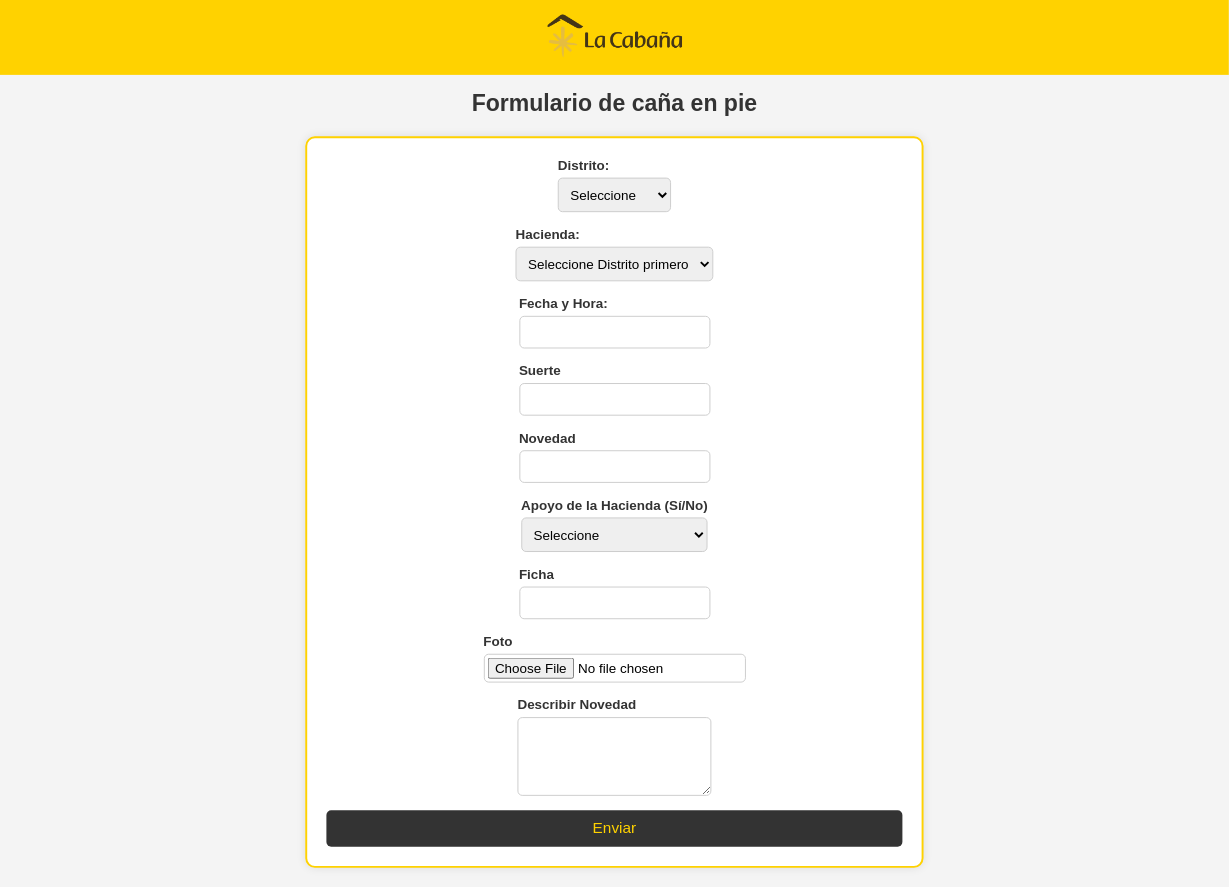
Repository: tayuanlogua/prototipo-de-control-de-accesos
Page: Patrullas/src/cañaenpie.html
These files come from the project's save history. The page is drawn as it stood at one moment and after the next save; the edit follows.
The browser window is 1280 px wide. The pictures show the whole page, at 96% of full size.

Above is the page before, as saved 2024-08-29 11:38:46.
Console error: TypeError: Cannot read properties of null (reading 'addEventListener')

### Patrullas/src/cañaenpie.html
<!DOCTYPE html>
<html lang="es">
  <head>
    <meta charset="UTF-8" />
    <meta name="viewport" content="width=device-width, initial-scale=1.0" />
    <title>Formulario de caña en pie</title>
    <link rel="stylesheet" href="styles.css" />
  </head>
  <body>
    <header class="header">
      <img src="imagenes/LOGO.png" alt="Logo" class="logo" />
    </header>
    <div class="login-container">
      <h1>Formulario de caña en pie</h1>
      <form id="motobombas-form" enctype="multipart/form-data">
        <div class="form-group">
          <label for="distrito">Distrito:</label>
          <select id="distrito" name="distrito" required>
            <option value="">Seleccione</option>
            <option value="1">Distrito 1</option>
            <option value="2">Distrito 2</option>
            <option value="3">Distrito 3</option>
            <option value="4">Distrito 4</option>
            <option value="5">Distrito 5</option>
            <option value="proveedores">Proveedores</option>
          </select>
        </div>

        <div class="form-group">
          <label for="hacienda">Hacienda:</label>
          <select id="hacienda" name="hacienda" required>
            <option value="">Seleccione Distrito primero</option>
          </select>
        </div>

        <div class="form-group">
          <label for="date-time">Fecha y Hora:</label>
          <input type="text" id="date-time" name="date-time" readonly />
        </div>

        <div class="form-group">
          <label for="suerte">Suerte</label>
          <input type="text" id="suerte" name="suerte" required />
        </div>

        <div class="form-group">
          <label for="novelty">Novedad</label>
          <input type="text" id="novelty" name="novelty" required />
        </div>

        <div class="form-group">
          <label for="support">Apoyo de la Hacienda (Sí/No)</label>
          <select id="support" name="support" required>
            <option value="">Seleccione</option>
            <option value="yes">Sí</option>
            <option value="no">No</option>
          </select>
        </div>

        <div class="form-group" id="support-details" style="display: none">
          <label for="support-name">Nombre del Apoyo</label>
          <input type="text" id="support-name" name="support-name" />
        </div>

        <div class="form-group">
          <label for="file">Ficha</label>
          <input type="text" id="file" name="file" />
        </div>

        <div class="form-group">
          <label for="photo">Foto</label>
          <input type="file" id="photo" name="photo" accept="image/*" />
        </div>

        <div class="form-group">
          <label for="novelty-description">Describir Novedad</label>
          <textarea
            id="novelty-description"
            name="novelty-description"
            rows="4"
            required
          ></textarea>
        </div>

        <button type="submit">Enviar</button>
      </form>
    </div>
    <script src="cañaenpie.js"></script>
  </body>
</html>

### Patrullas/src/styles.css
/* Estilos generales para el body */
body {
  font-family: Arial, sans-serif;
  background-color: #f4f4f4;
  margin: 0;
  padding: 0;
}

/* Estilo para el logo en el header */
.header {
  background-color: #ffd200; /* Fondo amarillo para el logo */
  padding: 10px 0;
  text-align: center;
}

.logo {
  width: 150px;
  height: auto;
}

/* Estilos para el contenedor del formulario */
.form-container,
#subsuelo-form,
#burnt-cane-form,
#motobombas-form,
#madurante-form,
#servicio-de-escolta-form {
  background-color: #ffffff;
  max-width: 600px; /* Ajustado al tamaño del formulario */
  margin: 20px auto;
  padding: 20px;
  border-radius: 10px;
  box-shadow: 0 0 10px rgba(0, 0, 0, 0.1);
  display: flex;
  flex-direction: column;
  align-items: center;
  border: 2px solid #ffd200; /* Borde amarillo */
}

/* Estilo para el título del formulario */
h1 {
  text-align: center;
  color: #333;
  font-size: 24px;
  margin-bottom: 20px;
}

/* Estilos para los formularios */
form {
  display: flex;
  flex-direction: column;
  gap: 15px;
  width: 100%;
}

.form-group {
  display: flex;
  flex-direction: column;
  gap: 5px;
}

.form-group label {
  font-size: 14px;
  color: #333;
  text-align: left;
  font-weight: bold;
}

.form-group input[type="text"],
.form-group input[type="number"],
.form-group input[type="time"],
.form-group input[type="date"],
.form-group select,
.form-group input[type="file"],
.form-group textarea {
  width: 100%;
  padding: 8px;
  border: 1px solid #ccc;
  border-radius: 5px;
  box-sizing: border-box;
  font-size: 14px;
}

.form-group input[type="file"] {
  padding: 3px; /* Ajuste para que se vea mejor */
}

.form-group textarea {
  resize: vertical;
}

.form-group select {
  padding: 8px;
}

/* Estilo para el grupo de radio buttons */
.radio-group {
  display: flex;
  justify-content: space-between;
  max-width: 200px;
}

.radio-group label {
  display: flex;
  align-items: center;
  gap: 5px;
  font-size: 14px;
  color: #333;
}

input[type="radio"] {
  margin-left: 10px;
}

/* Estilo para el botón de envío */
button[type="submit"] {
  display: block;
  width: 100%;
  padding: 10px;
  background-color: #333;
  color: #ffd200; /* Color amarillo para el botón de envío */
  border: none;
  border-radius: 5px;
  font-size: 16px;
  cursor: pointer;
  transition: background-color 0.3s ease;
}

/* Estilos para el hover en botones */
button[type="submit"]:hover {
  background-color: #555;
}

/* Estilo para los enlaces de actividades */
.activities-form {
  display: flex;
  flex-direction: column;
  gap: 10px;
  width: 100%;
}

.activities-form a {
  text-decoration: none;
  color: #ffd200; /* Color amarillo para los enlaces */
  font-size: 18px;
  padding: 10px;
  border-radius: 5px;
  background-color: #ffffff;
  border: 1px solid #ccc;
  transition: background-color 0.3s, color 0.3s;
}

.activities-form a:hover {
  background-color: #ffd200; /* Color amarillo para el hover */
  color: #ffffff;
}

/* Responsive design para dispositivos móviles */
@media (max-width: 480px) {
  .form-container,
  #subsuelo-form,
  #burnt-cane-form,
  #motobombas-form,
  #madurante-form,
  #servicio-de-escolta-form {
    width: 95%;
    padding: 15px;
  }

  h1 {
    font-size: 20px;
  }

  form input[type="text"],
  form input[type="number"],
  form input[type="time"],
  form input[type="date"],
  form select,
  form input[type="file"],
  form textarea,
  button[type="submit"],
  .activities-form a {
    font-size: 14px;
  }
}

### Patrullas/src/cañaenpie.js
document.addEventListener("DOMContentLoaded", () => {
  const form = document.getElementById("burnt-cane-form");
  const distritoSelect = document.getElementById("distrito");
  const haciendaSelect = document.getElementById("hacienda");
  const supportSelect = document.getElementById("support");
  const supportDetails = document.getElementById("support-details");

  const haciendas = {
    1: [
      "Rio Frayle",
      "La Industria",
      "Salsipuedes",
      "Pergola II",
      "Pergola III",
      "ACUARIO",
      "PERGOLA I",
      "Vallecito",
      "Papayal",
      "La Linda",
      "El Rincon",
      "Papayalito",
      "El Tablon Bajo",
      "Cantarohondo",
      "El Tablon Alto",
      "El Baranco",
      "Santa Barbara Participacion",
      "La Michela",
    ],
    2: [
      "Orocue",
      "Palace",
      "San Isidro",
      "Rancho Grande",
      "Romano Barney",
      "Taula Mejia",
      "Vanegas",
      "Holandita Adecañas",
      "Canada Adecañas",
      "Canada",
      "Canada Agrocañas",
      "Canada Esmeralda",
      "Hato",
      "Arado",
      "Yarumales",
      "Mendiola La Paila",
      "Benitez",
      "Hato San Carlos",
      "Mundo Cabaña",
      "La Munda Esmeralda",
      "Canada Cabaña",
      "Hato Agrocañas",
      "Hato Cavi",
    ],
    3: [
      "Cabaña",
      "Caldas",
      "Pilamo",
      "Taula Chiman",
      "Normandia",
      "Santa Helena",
      "Cabaña II",
      "Muchilanga Naranjito",
      "Caldas Agroindustrias",
      "Normandia Agroindustrias",
      "Taula Chiman Agroindistria",
      "Humberto Lopez Cabaña",
      "Arado Adecañas",
      "Toribio Rivas Esmeralda",
      "Cabaña Rabinovich",
      "Naranjo Agrocañas",
      "Naranjo",
      "Muchilanga",
      "Taula Ana",
      "Naranjo Esmeralda",
      "Gobierno Negro",
      "Granada",
      "Cabaña Agrocañas",
      "Naranjo Cabaña",
      "Muchilanga Cabaña",
      "Vegas Cabaña",
      "Alvaro Naranjo Poveda Arrey",
      "El Rebaño",
      "Dulce Jugada Participacion",
    ],
    4: [
      "Cuprecia",
      "Laguna",
      "La Gitana",
      "Vista Hermosa",
      "Nanaluisa",
      "Lote Toro",
      "La Stellia",
      "La Real",
      "El Recuerdo",
      "Tonoli",
      "Laguna Arrendo",
      "Florencia",
      "Casa Grande",
      "Santa Ines",
      "La Loma",
      "Corcovao Adecañas",
      "Veracruz Adecañas",
      "Sarria",
      "Nilo Toro",
      "Janeiro Esmeralda",
      "Hermanas Florez",
      "Las Cañas",
      "Ana Maria Bonilla",
      "El Cairo",
      "Tablanca",
      "Holanda",
      "La Camelia",
      "Sucursal",
      "El Socorro Cabaña",
      "Monaco",
      "La Alsacia",
      "Ventura Olgin",
    ],
    5: [
      "Casablanca",
      "Bocas de Palo",
      "Perico Negro",
      "El Lago",
      "Victoria",
      "Curazao",
      "Coburgo Cantarito",
      "Bohemia",
      "Curazao Escobar",
      "Ceibal Nereida Sepulveda Roja",
      "Curazao Agroindustrias",
      "Curazao Velez",
      "La Moraleja",
      "Curazao Esmeralda",
      "Lago Rabinovich",
      "Quintero",
      "Sofia",
      "Sarria",
      "Victoria Esmeralda",
      "Avenida",
      "Sarria Agrocañas",
      "La Moraleja Accion Fiduciaria",
      "Campo Alegre Argos Arrendo",
      "Moraleja Arango",
      "Cachipay",
      "Moraleja PYS Proyectos Soll",
    ],
  };

  // Función para actualizar el select de haciendas basado en el distrito seleccionado
  const updateHaciendas = () => {
    const selectedDistrito = distritoSelect.value;
    const haciendasList = haciendas[selectedDistrito] || [];

    haciendaSelect.innerHTML = '<option value="">Seleccione Hacienda</option>'; // Reset options
    haciendasList.forEach((hacienda) => {
      const option = document.createElement("option");
      option.value = hacienda;
      option.textContent = hacienda;
      haciendaSelect.appendChild(option);
    });
  };

  // Maneja el cambio en el select de distrito
  distritoSelect.addEventListener("change", updateHaciendas);

  // Maneja el cambio en el select de apoyo
  supportSelect.addEventListener("change", () => {
    if (supportSelect.value === "yes") {
      supportDetails.style.display = "block";
    } else {
      supportDetails.style.display = "none";
    }
  });

  // Maneja el envío del formulario
  form.addEventListener("submit", (event) => {
    event.preventDefault(); // Previene el envío del formulario

    // Obtiene los valores de los campos del formulario
    const dateTime = document.getElementById("date-time").value;
    const hacienda = document.getElementById("hacienda").value;
    const suerte = document.getElementById("suerte").value;
    const novelty = document.getElementById("novelty").value;
    const support = document.getElementById("support").value;
    const supportName = document.getElementById("support-name")
      ? document.getElementById("support-name").value
      : "";
    const file = document.getElementById("file").value;
    const photo = document.getElementById("photo").files[0]; // Obtiene el archivo de la foto
    const noveltyDescription = document.getElementById(
      "novelty-description"
    ).value;

    // Muestra los valores en la consola (puedes cambiar esto para enviar a un servidor o hacer otras acciones)
    console.log("Fecha y Hora:", dateTime);
    console.log("Hacienda:", hacienda);
    console.log("Suerte:", suerte);
    console.log("Novedad:", novelty);
    console.log("Apoyo:", support);
    console.log("Nombre del Apoyo:", supportName);
    console.log("Ficha:", file);
    console.log("Foto:", photo ? photo.name : "No seleccionada");
    console.log("Descripción de Novedad:", noveltyDescription);

    // Puedes añadir más lógica para procesar el formulario aquí

    // Resetea el formulario después de enviar
    form.reset();
    supportDetails.style.display = "none"; // Oculta el detalle del apoyo al resetear
  });
});

After the next save:
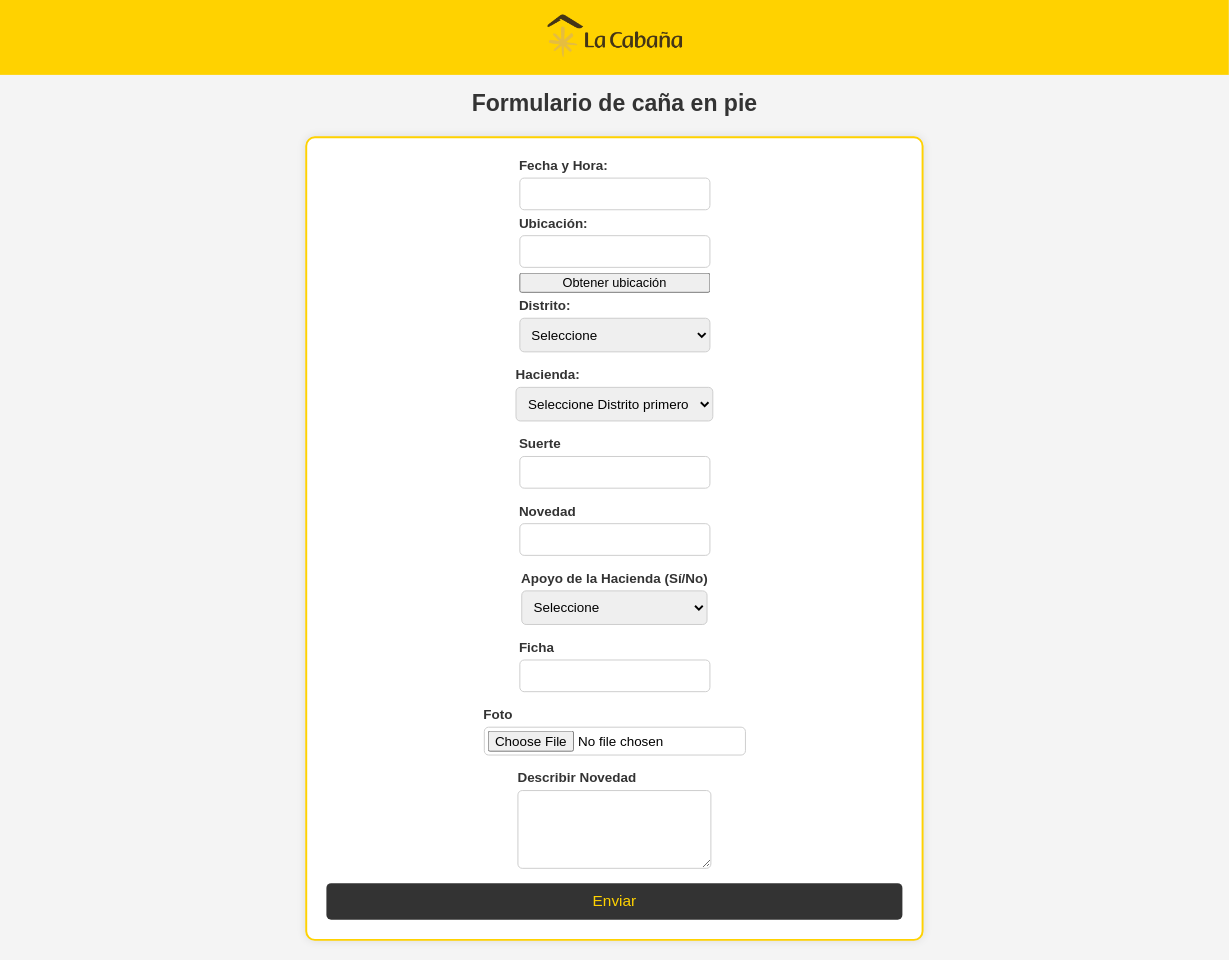
Saved 65 min 8 s later.
--- a/Patrullas/src/cañaenpie.html
+++ b/Patrullas/src/cañaenpie.html
@@ -14,6 +14,16 @@
       <h1>Formulario de caña en pie</h1>
       <form id="motobombas-form" enctype="multipart/form-data">
         <div class="form-group">
+          <div class="form-group">
+            <label for="date-time">Fecha y Hora:</label>
+            <input type="text" id="date-time" name="date-time" readonly />
+          </div>
+          <div class="form-group">
+            <label for="location">Ubicación:</label>
+            <input type="text" id="location" name="location" readonly />
+            <button type="button" id="get-location">Obtener ubicación</button>
+          </div>
+
           <label for="distrito">Distrito:</label>
           <select id="distrito" name="distrito" required>
             <option value="">Seleccione</option>
@@ -31,11 +41,6 @@
           <select id="hacienda" name="hacienda" required>
             <option value="">Seleccione Distrito primero</option>
           </select>
-        </div>
-
-        <div class="form-group">
-          <label for="date-time">Fecha y Hora:</label>
-          <input type="text" id="date-time" name="date-time" readonly />
         </div>
 
         <div class="form-group">
